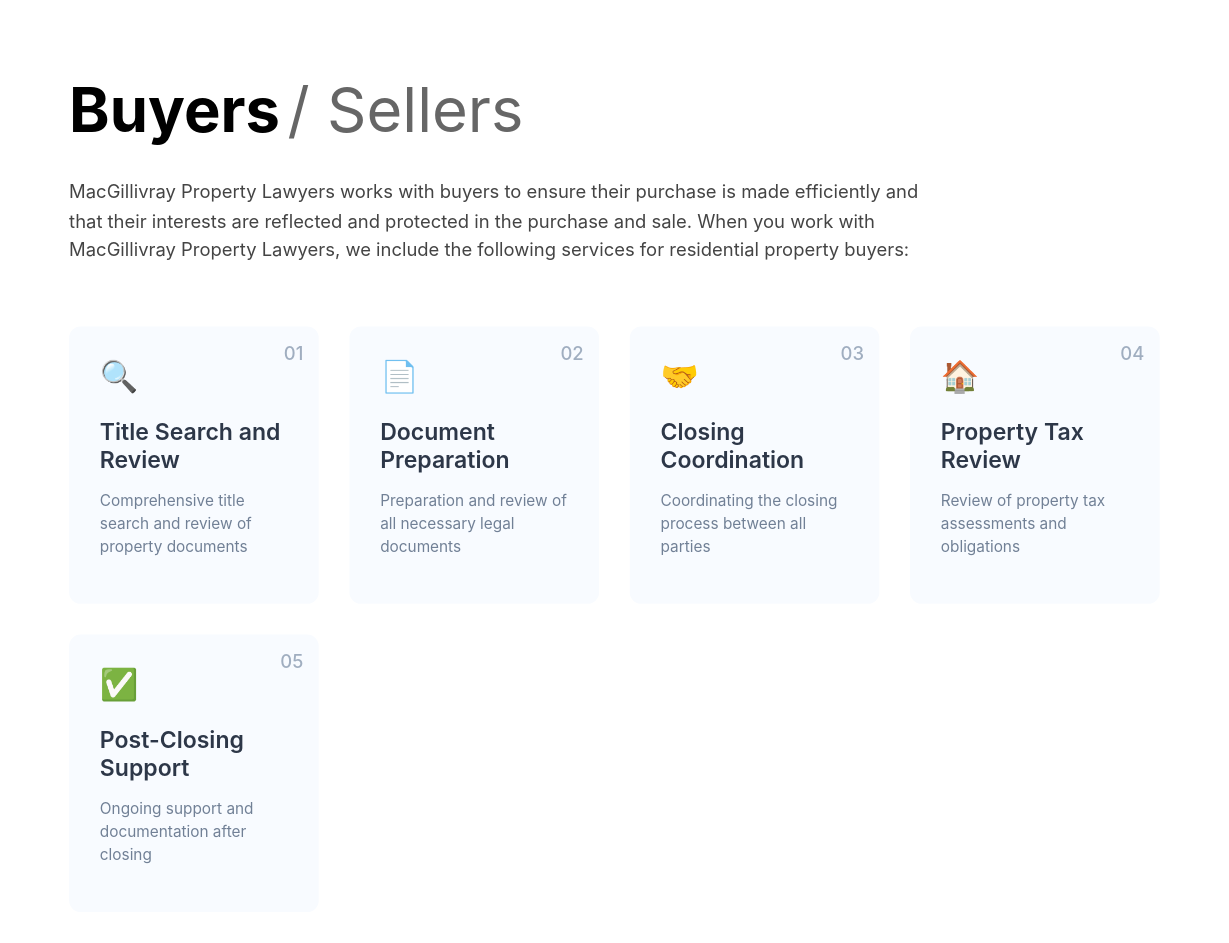
Repository: mibma/alphavent
Page: /buyer
An editor plug-in stored every save of this project. The page is shown before and after the next save, followed by the edit.
The browser window is 1280 px wide. The pictures show the whole page, at 96% of full size.
The project was rebuilt for these pictures with package versions that can differ from the ones it lists, and the page was loaded fresh each time. The framework's server and built-in components were replaced by stand-ins that run in the browser.

Above is the page before, as saved 2025-04-22 23:04:58.

After the next save:
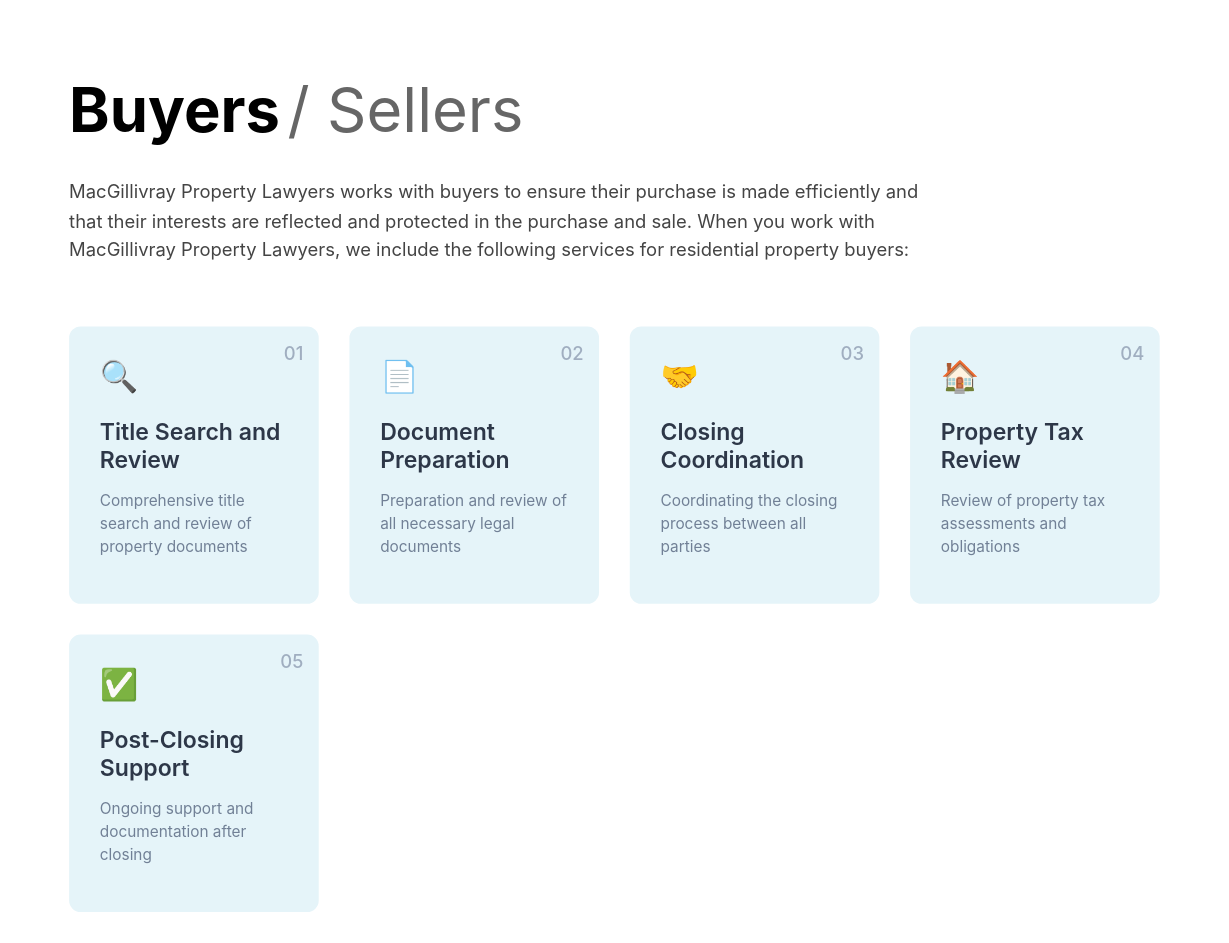
Saved 3 min 36 s later.
--- a/styles/Buyer.module.css
+++ b/styles/Buyer.module.css
@@ -39,7 +39,7 @@
   }
 
   .serviceCard {
-    background-color: #f8fbff;
+    background-color: #E5F4F9;
     padding: 2rem;
     border-radius: 12px;
     position: relative;
